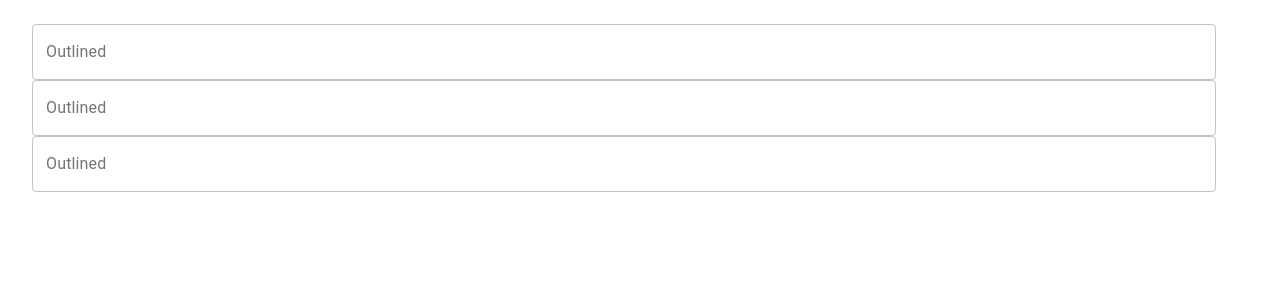
Repository: chathuraedirisingh/rr
Page: /
An editor plug-in stored every save of this project. The page is shown before and after the next save, followed by the edit.
The browser window is 1280 px wide. The pictures show the whole page.
The project was rebuilt for these pictures with package versions that can differ from the ones it lists, and the page was loaded fresh each time.

Above is the page before, as saved 2019-12-17 23:07:37.

After the next save:
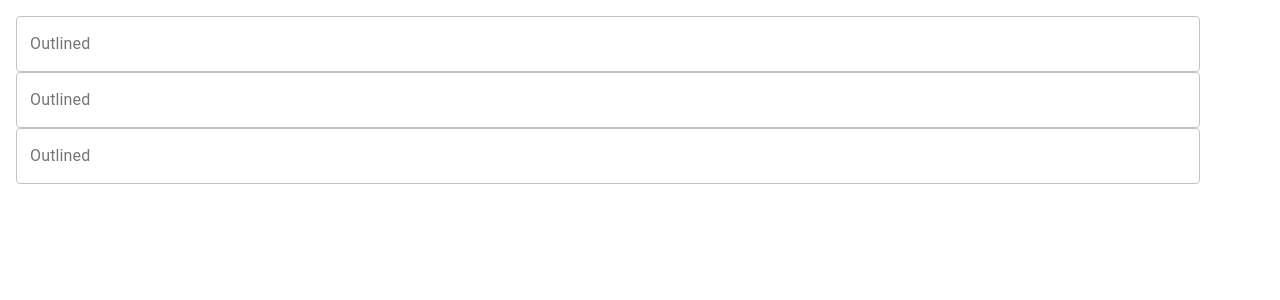
Saved 20 s later.
--- a/src/components/FormPersonalDetails.js
+++ b/src/components/FormPersonalDetails.js
@@ -13,7 +13,7 @@ export default class FormPersonalDetails extends Component {
         return (
             <ThemeProvider>
                 <React.Fragment>
-                    <div style={{ width: '95%', margin: 16 }}>
+                    <div style={{ width: '95%' }}>
                         <Box display="flex"
                             flexDirection="column"
                             p={1} m={1}
